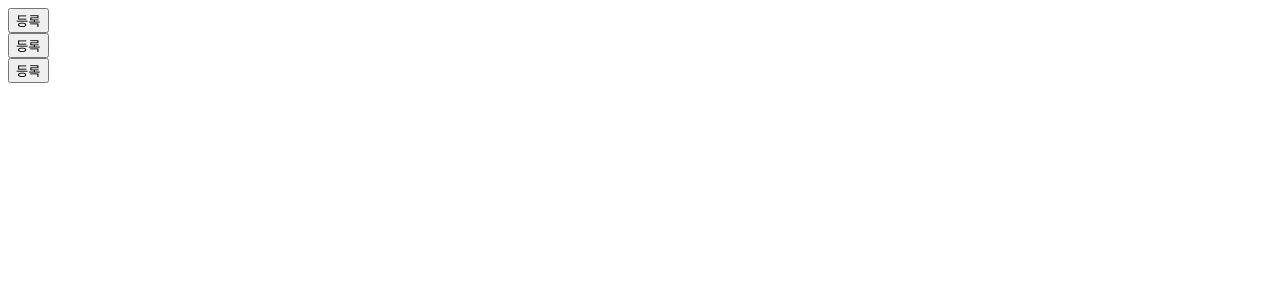
Repository: akwls/PokaPoki
Page: http://localhost/PokaPoki/sort.jsp
An editor plug-in stored every save of this project. The page is shown before and after the next save, followed by the edit.
The browser window is 1280 px wide. The pictures show the whole page.
The page is served by Tomcat 9.

Above is the page before, as saved 2021-12-05 13:40:41.

After the next save:
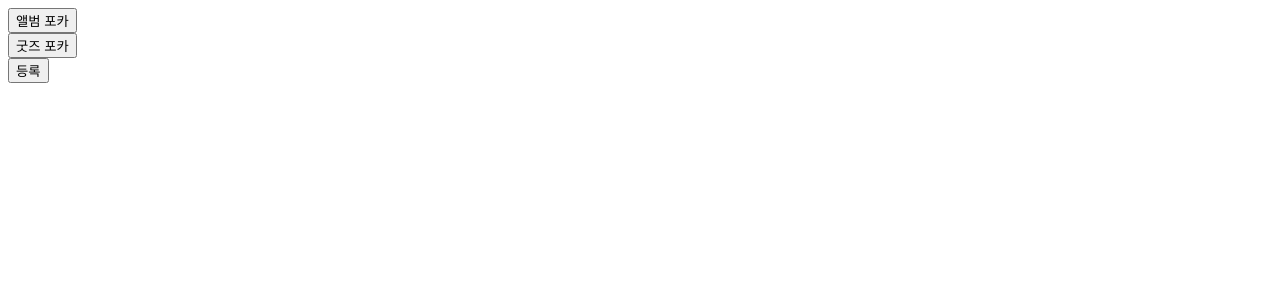
Saved 13 s later.
--- a/PokaPoki/WebContent/sort.jsp
+++ b/PokaPoki/WebContent/sort.jsp
@@ -2,10 +2,10 @@
     pageEncoding="UTF-8"%>
 <div class="form-group row">
 	<div class="col-sm-offset-2 col-sm-10">
-		<input type="button" class="btn btn-primary" value="등록" onclick="CheckAddProduct()"/>
+		<input type="button" class="btn btn-primary" value="앨범 포카" onclick="CheckAddProduct()"/>
 	</div>
 	<div class="col-sm-offset-2 col-sm-10">
-		<input type="button" class="btn btn-primary" value="등록" onclick="CheckAddProduct()"/>
+		<input type="button" class="btn btn-primary" value="굿즈 포카" onclick="CheckAddProduct()"/>
 	</div>
 	<div class="col-sm-offset-2 col-sm-10">
 		<input type="button" class="btn btn-primary" value="등록" onclick="CheckAddProduct()"/>
